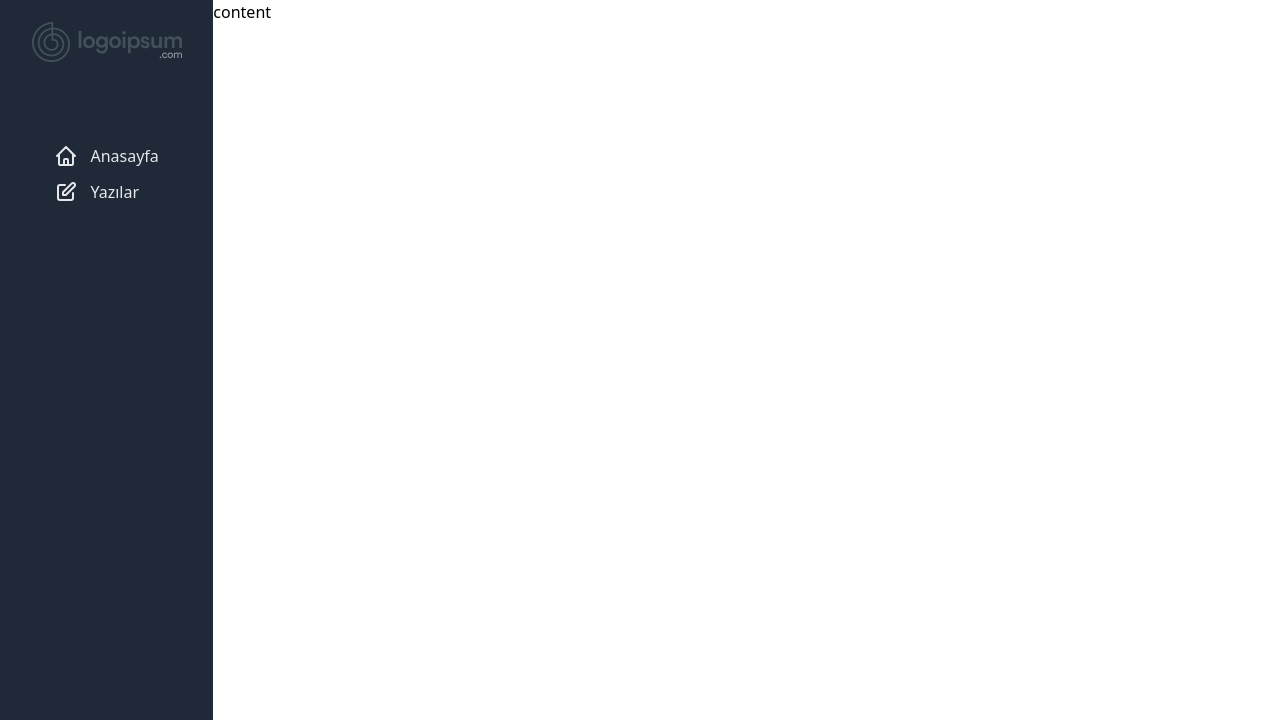
Repository: daskafa/Lavue-ui
Page: /admin
These files come from the project's save history. The page is drawn as it stood at one moment and after the next save; the edit follows.
The browser window is 1280 px wide. The pictures show the whole page.
The project was rebuilt for these pictures with package versions that can differ from the ones it lists, and the page was loaded fresh each time. Also part of the build but not shown: src/views/Homepage.vue.

Above is the page before, as saved 2022-02-21 23:22:36.

After the next save:
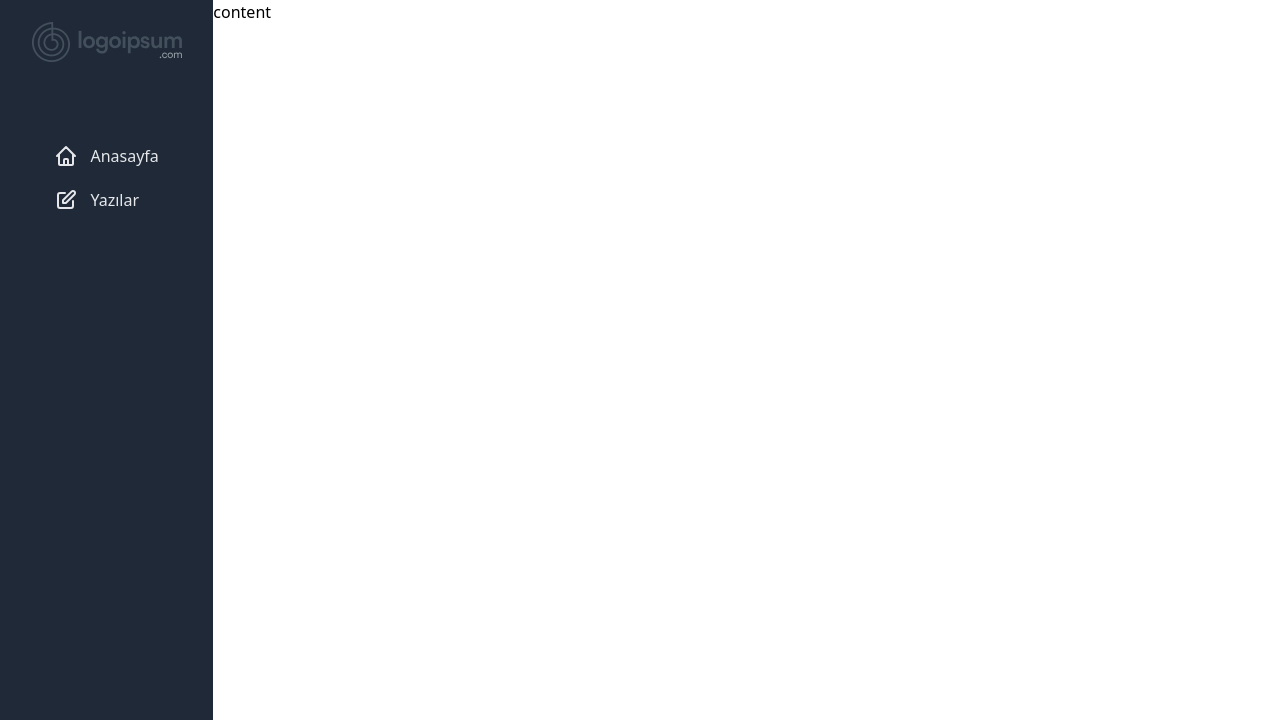
Saved 26 s later.
--- a/src/components/Sidebar.vue
+++ b/src/components/Sidebar.vue
@@ -10,7 +10,7 @@
                     <svg xmlns="http://www.w3.org/2000/svg" class="h-6 w-6 mr-3" fill="none" viewBox="0 0 24 24" stroke="currentColor"><path stroke-linecap="round" stroke-linejoin="round" stroke-width="2" d="M3 12l2-2m0 0l7-7 7 7M5 10v10a1 1 0 001 1h3m10-11l2 2m-2-2v10a1 1 0 01-1 1h-3m-6 0a1 1 0 001-1v-4a1 1 0 011-1h2a1 1 0 011 1v4a1 1 0 001 1m-6 0h6" /></svg>
                     <span>Anasayfa</span>
                 </li>
-                <li class="mt-3">
+                <li class="mt-5">
                     <svg xmlns="http://www.w3.org/2000/svg" class="h-6 w-6 mr-3" fill="none" viewBox="0 0 24 24" stroke="currentColor"><path stroke-linecap="round" stroke-linejoin="round" stroke-width="2" d="M11 5H6a2 2 0 00-2 2v11a2 2 0 002 2h11a2 2 0 002-2v-5m-1.414-9.414a2 2 0 112.828 2.828L11.828 15H9v-2.828l8.586-8.586z" /></svg>
                     <span>Yazılar</span>
                 </li>
